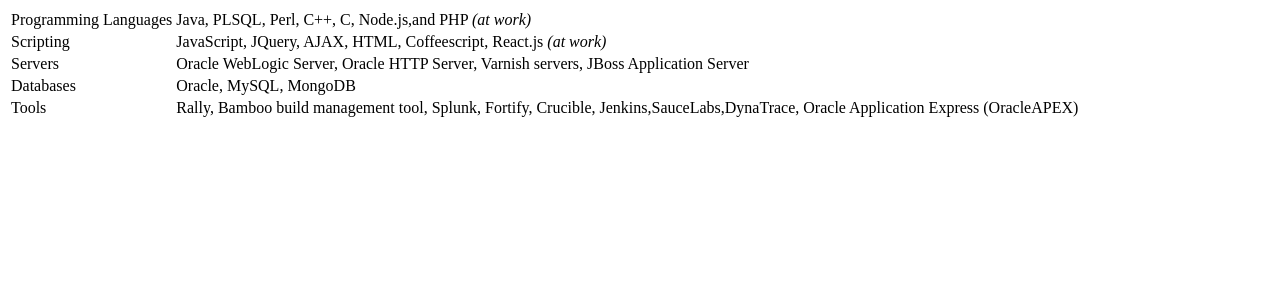
Repository: phanindrakannaji/Resume
Page: http://localhost/application/pages/skills.php
An editor plug-in stored every save of this project. The page is shown before and after a run of saves, followed by the edit.
The browser window is 1280 px wide. The pictures show the whole page.
The page is run by PHP 8.4 with error messages shown; the project is at /var/www/html/.

Above is the page before, as saved 2016-09-25 20:30:01.
Console error: ReferenceError: $ is not defined

### Resume/application/pages/skills.php
<script type="text/javascript" src="../resources/scripts/refreshScript.js"></script>
<table class="skillsTable">
<tbody>
<tr class="skillsRow">
<td class="skillsHeading">
Programming Languages
</td>
<td class="skillsContent">
Java, PLSQL, Perl, C++, C, Node.js,and PHP <i>(at work)</i>
</td>
</tr>
<tr class="skillsRow">
<td class="skillsHeading">
Scripting
</td>
<td class="skillsContent">
JavaScript, JQuery, AJAX, HTML, Coffeescript, React.js <i>(at work)</i>
</td>
</tr>
<tr class="skillsRow">
<td class="skillsHeading">
Servers
</td>
<td class="skillsContent">
Oracle WebLogic Server, Oracle HTTP Server, Varnish servers, JBoss Application Server
</td>
</tr>
<tr class="skillsRow">
<td class="skillsHeading">
Databases
</td>
<td class="skillsContent">
Oracle, MySQL, MongoDB
</td>
</tr>
<tr class="skillsRow">
<td class="skillsHeading">
Tools
</td>
<td class="skillsContent">
Rally, Bamboo build management tool, Splunk, Fortify, Crucible, Jenkins,SauceLabs,DynaTrace, Oracle Application Express (OracleAPEX)
</td>
</tr>
</tbody>
</table>

### Resume/resources/scripts/refreshScript.js
$(document).ready(function(){
	$("#commandInput").keypress(function(e){
		keypressInBox(e);
	});
	$("#commandInput").focus();
})

After the next 2 saves:
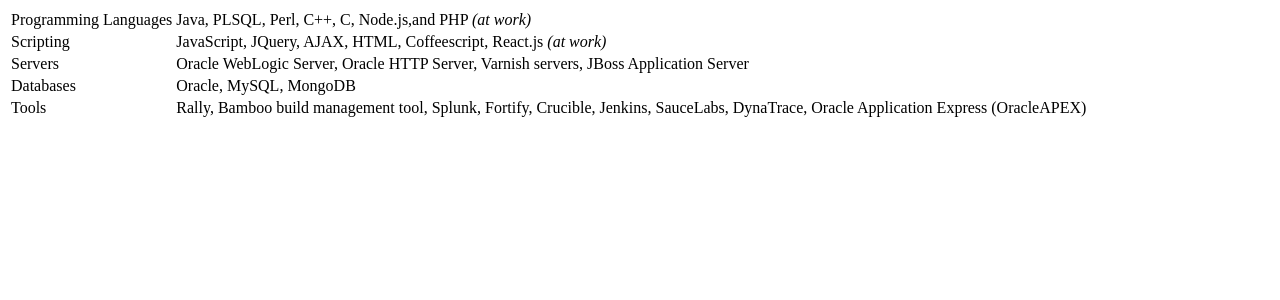
The 2 saves are shown as one change because they came seconds apart.
The last was saved 12 s later.
--- a/Resume/application/pages/skills.php
+++ b/Resume/application/pages/skills.php
@@ -1,45 +1,33 @@
-<script type="text/javascript" src="../resources/scripts/refreshScript.js"></script>
+<script type="text/javascript"
+	src="../resources/scripts/refreshScript.js"></script>
 <table class="skillsTable">
-<tbody>
-<tr class="skillsRow">
-<td class="skillsHeading">
-Programming Languages
-</td>
-<td class="skillsContent">
-Java, PLSQL, Perl, C++, C, Node.js,and PHP <i>(at work)</i>
-</td>
-</tr>
-<tr class="skillsRow">
-<td class="skillsHeading">
-Scripting
-</td>
-<td class="skillsContent">
-JavaScript, JQuery, AJAX, HTML, Coffeescript, React.js <i>(at work)</i>
-</td>
-</tr>
-<tr class="skillsRow">
-<td class="skillsHeading">
-Servers
-</td>
-<td class="skillsContent">
-Oracle WebLogic Server, Oracle HTTP Server, Varnish servers, JBoss Application Server
-</td>
-</tr>
-<tr class="skillsRow">
-<td class="skillsHeading">
-Databases
-</td>
-<td class="skillsContent">
-Oracle, MySQL, MongoDB
-</td>
-</tr>
-<tr class="skillsRow">
-<td class="skillsHeading">
-Tools
-</td>
-<td class="skillsContent">
-Rally, Bamboo build management tool, Splunk, Fortify, Crucible, Jenkins,SauceLabs,DynaTrace, Oracle Application Express (OracleAPEX)
-</td>
-</tr>
-</tbody>
+	<tbody>
+		<tr class="skillsRow">
+			<td class="skillsHeading">Programming Languages</td>
+			<td class="skillsContent">Java, PLSQL, Perl, C++, C, Node.js,and PHP
+				<i>(at work)</i>
+			</td>
+		</tr>
+		<tr class="skillsRow">
+			<td class="skillsHeading">Scripting</td>
+			<td class="skillsContent">JavaScript, JQuery, AJAX, HTML,
+				Coffeescript, React.js <i>(at work)</i>
+			</td>
+		</tr>
+		<tr class="skillsRow">
+			<td class="skillsHeading">Servers</td>
+			<td class="skillsContent">Oracle WebLogic Server, Oracle HTTP Server,
+				Varnish servers, JBoss Application Server</td>
+		</tr>
+		<tr class="skillsRow">
+			<td class="skillsHeading">Databases</td>
+			<td class="skillsContent">Oracle, MySQL, MongoDB</td>
+		</tr>
+		<tr class="skillsRow">
+			<td class="skillsHeading">Tools</td>
+			<td class="skillsContent">Rally, Bamboo build management tool,
+				Splunk, Fortify, Crucible, Jenkins, SauceLabs, DynaTrace, Oracle
+				Application Express (OracleAPEX)</td>
+		</tr>
+	</tbody>
 </table>
